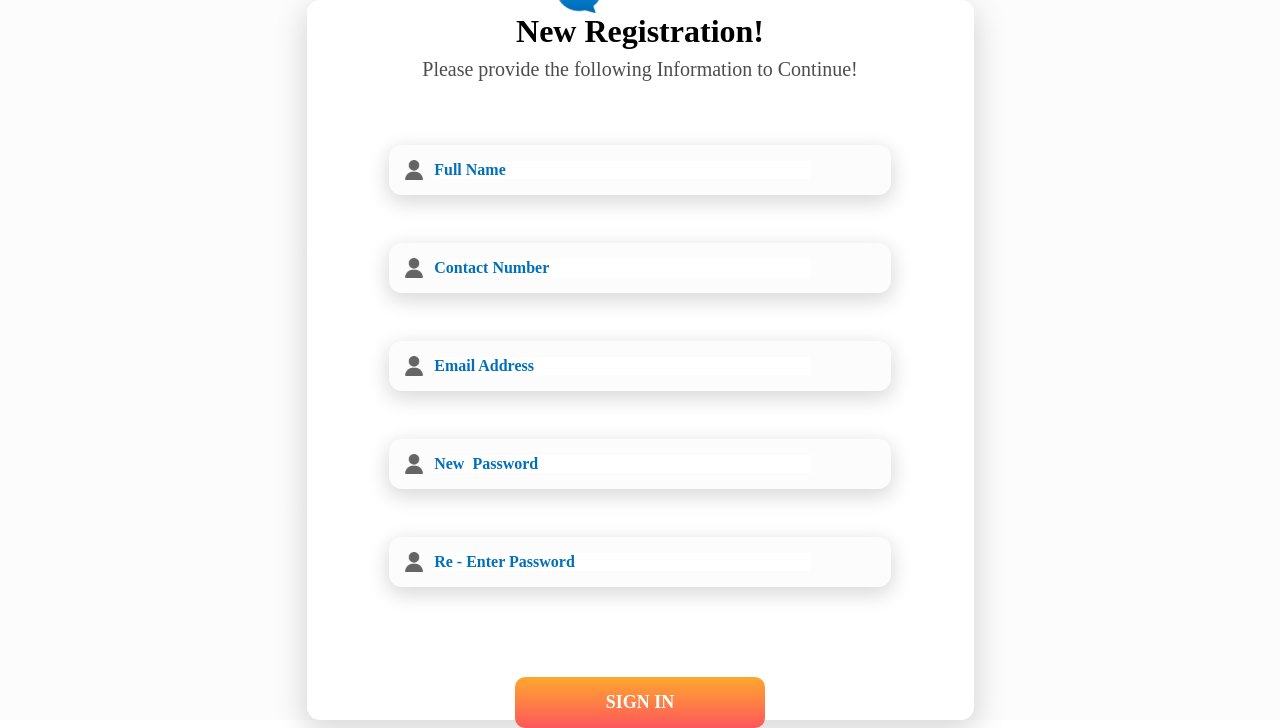
Repository: FlyweisReact/Money-Chat
Page: /register
The author's editor kept a copy of each file at every save. The page is drawn from the files as they stood at one save, then again after a run of saves.
The browser window is 1280 px wide. The pictures show the whole page.
The project was rebuilt for these pictures with package versions that can differ from the ones it lists, and the page was loaded fresh each time. Also part of the build but not shown: src/forms/Login.jsx.

Above is the page before, as saved 2023-11-29 14:48:33.

After the next 4 saves:
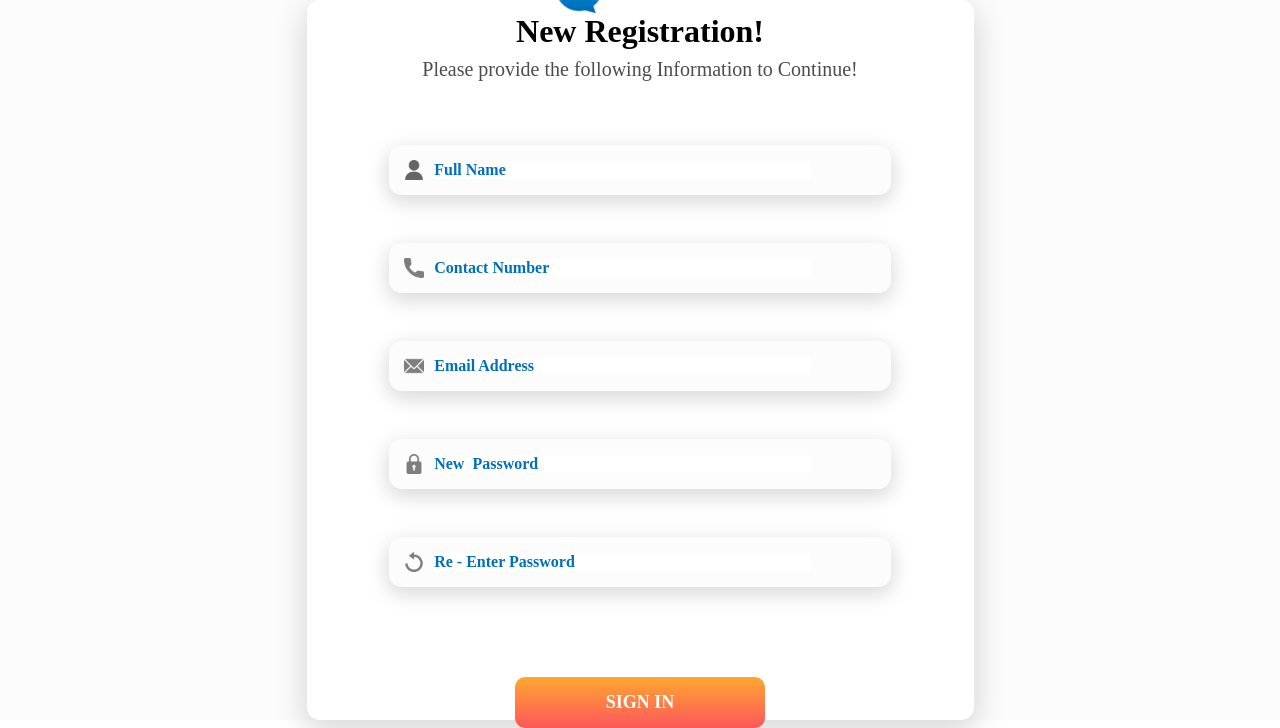
The 4 saves are shown as one change because they came seconds apart.
The last was saved 87 s later.
--- a/src/forms/Regestration.js
+++ b/src/forms/Regestration.js
@@ -20,19 +20,19 @@
             <input type="text" placeholder="Full Name" />
           </div>
           <div className="input_group mt-5">
-            <img src="./Image/1.png" alt="" />
+            <img src="./Image/5.png" alt="" />
             <input type="text" placeholder="Contact Number" />
           </div>
           <div className="input_group mt-5">
-            <img src="./Image/1.png" alt="" />
+            <img src="./Image/6.png" alt="" />
             <input type="text" placeholder="Email Address" />
           </div>
           <div className="input_group mt-5">
-            <img src="./Image/1.png" alt="" />
+            <img src="./Image/7.png" alt="" />
             <input type="text" placeholder="New  Password" />
           </div>
           <div className="input_group mt-5">
-            <img src="./Image/1.png" alt="" />
+            <img src="./Image/8.png" alt="" />
             <input type="text" placeholder="Re - Enter Password" />
           </div>
         </div>
